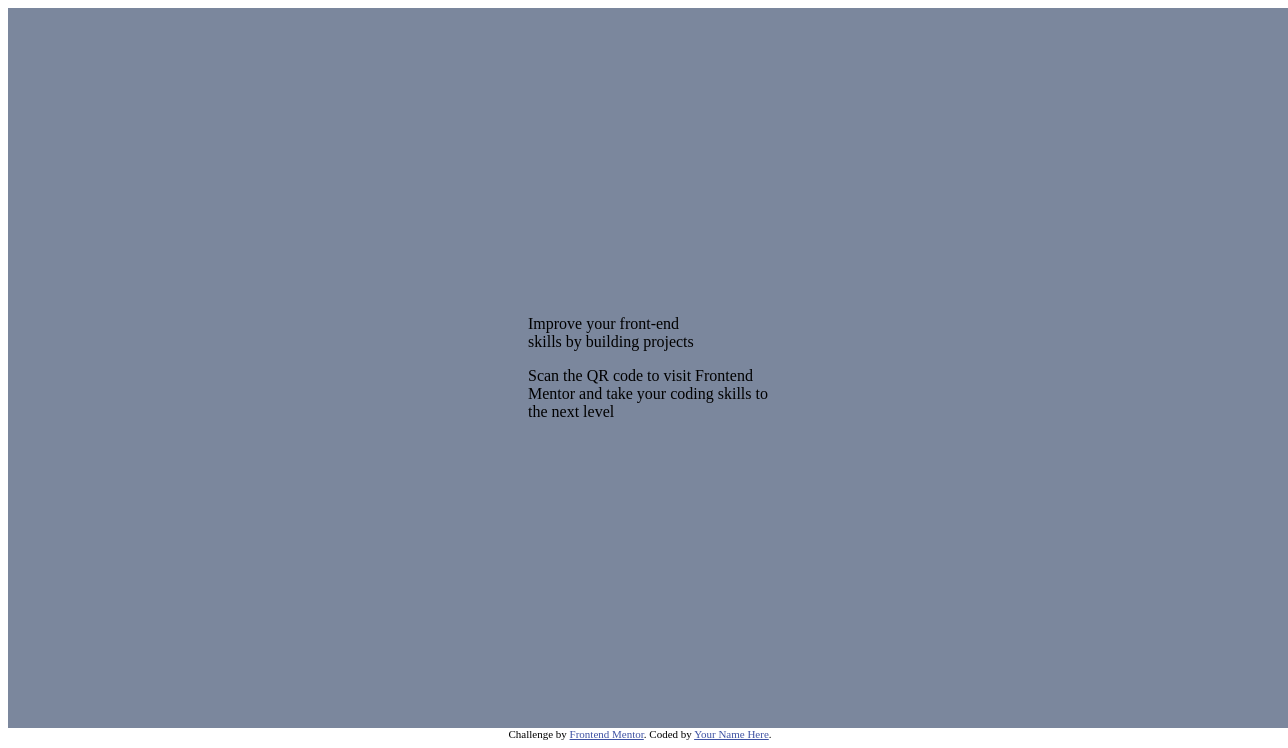
Repository: jminervino/CSS-QRCodeResponsive
Page: index.html
The author's editor kept a copy of each file at every save. The page is drawn from the files as they stood at one save, then again after the next save.
The browser window is 1280 px wide. The page is 1288 px wide, so the pictures cover 1288 px, including what lies to the right of the window. The pictures show the whole page.

Above is the page before, as saved 2022-02-08 19:18:41.

After the next save:
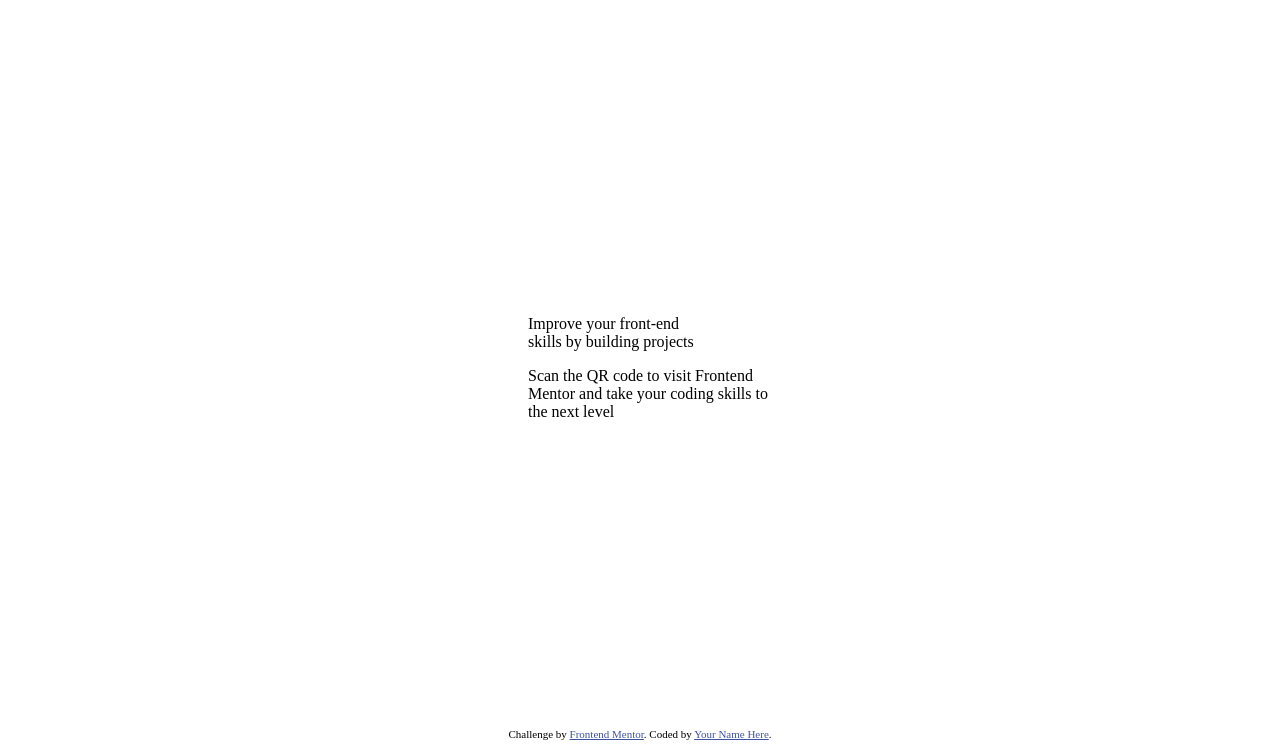
Saved 14 s later.
--- a/style.css
+++ b/style.css
@@ -4,5 +4,5 @@
     justify-content: center;
     width: 100vw;
     height: 100vh;
-    background-color: hsl(220, 15%, 55%);
+    background-color: hsl(0, 0%, 100%);
 }
